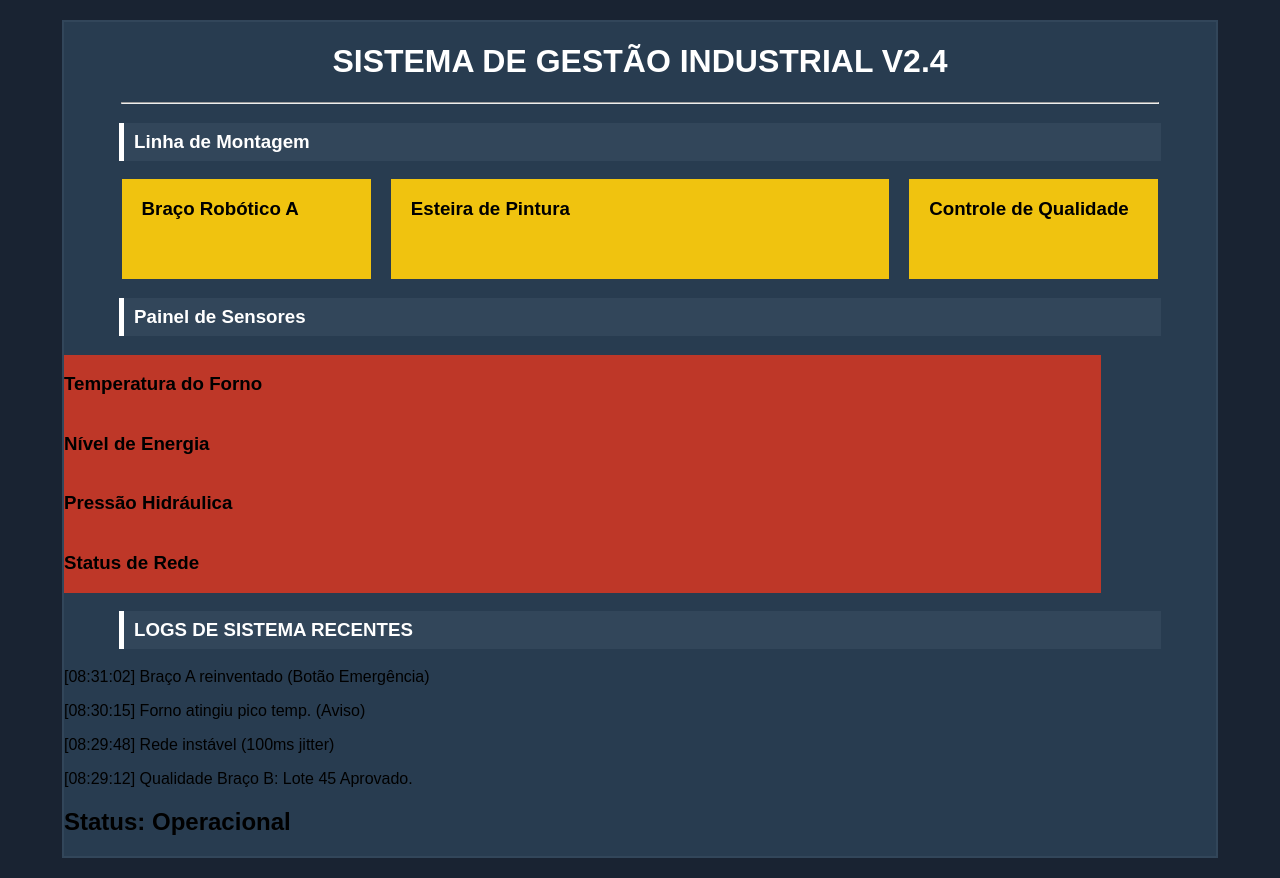
Repository: DanielEDapper/Front-WEG
Page: ProfeIgor/Aula5 - Dashboard Industrial/index.html
The author's editor kept a copy of each file at every save. The page is drawn from the files as they stood at one save, then again after the next save.
The browser window is 1280 px wide. The pictures show the whole page.
Some icons come from a web library that is not loaded, so they are not drawn.

Above is the page before, as saved 2026-05-29 19:55:47.

After the next save:
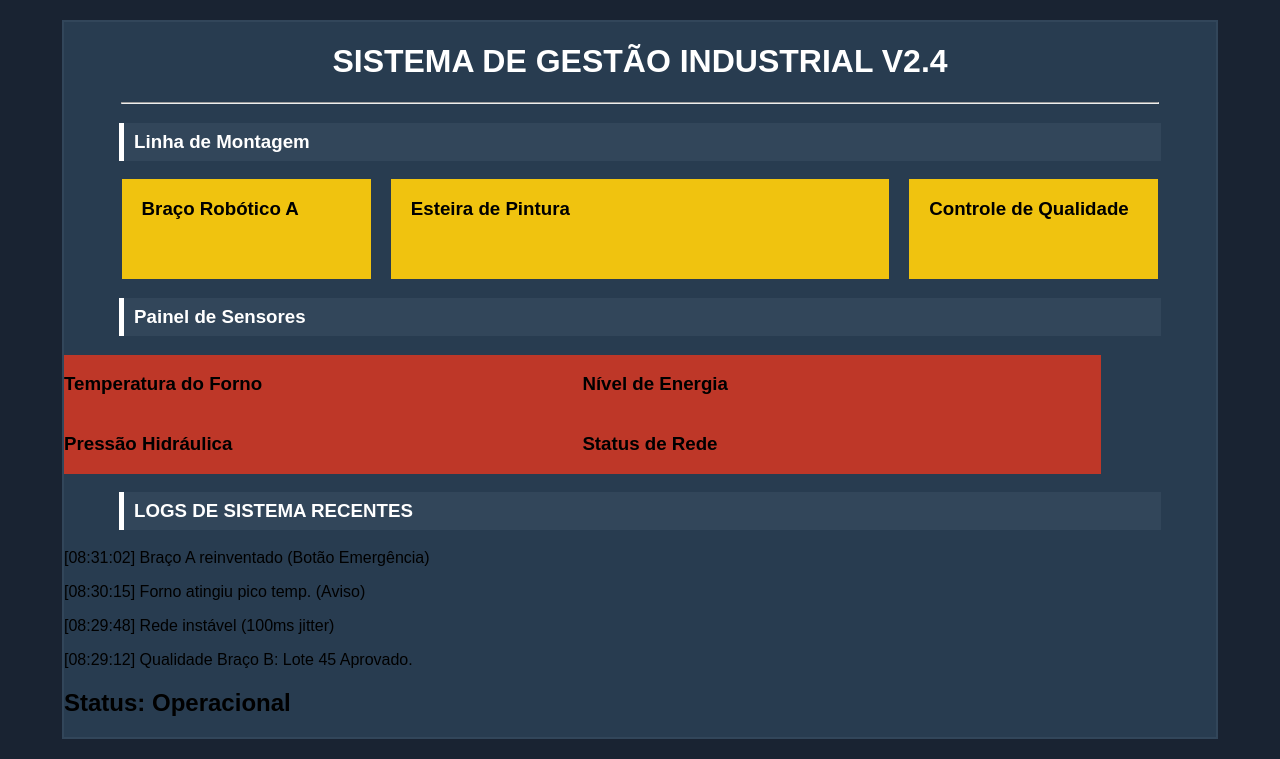
Saved 4 s later.
--- a/ProfeIgor/Aula5 - Dashboard Industrial/style.css
+++ b/ProfeIgor/Aula5 - Dashboard Industrial/style.css
@@ -97,7 +97,7 @@ hr{
 .container-sensores{
     width: 90%;
     display: grid;
-    grid-template-columns: 50;
+    grid-template-columns: 50% 50%;
 }
 
 .card-sensores{
